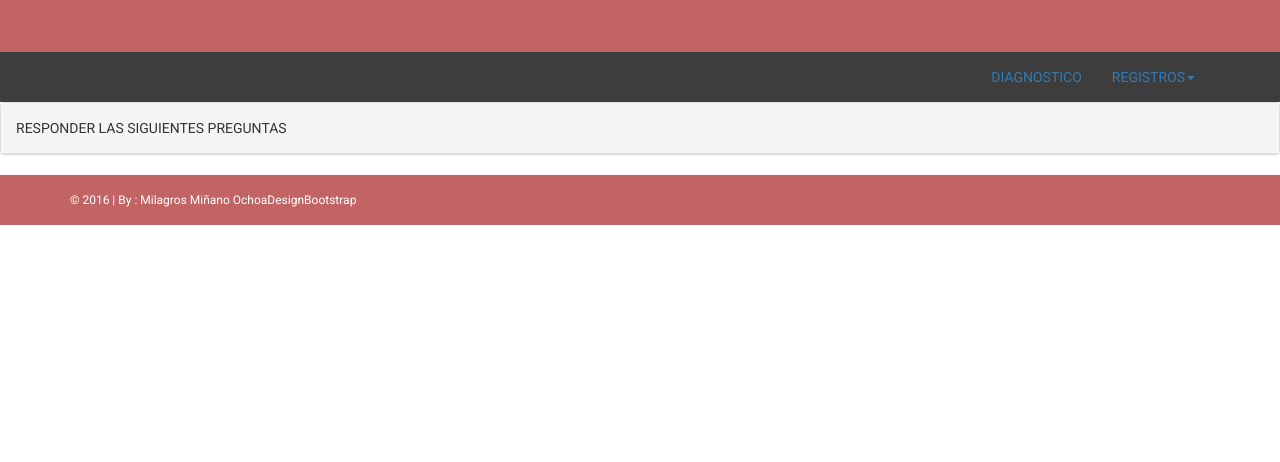
Repository: Mili10/PROYECTOII
Page: http://localhost/Capa_Presentación/frmRegistroSintoma.jsp
An editor plug-in stored every save of this project. The page is shown before and after the next save, followed by the edit.
The browser window is 1280 px wide. The pictures show the whole page.
The page is served by Tomcat 9.

Above is the page before, as saved 2016-05-16 04:45:10.

After the next save:
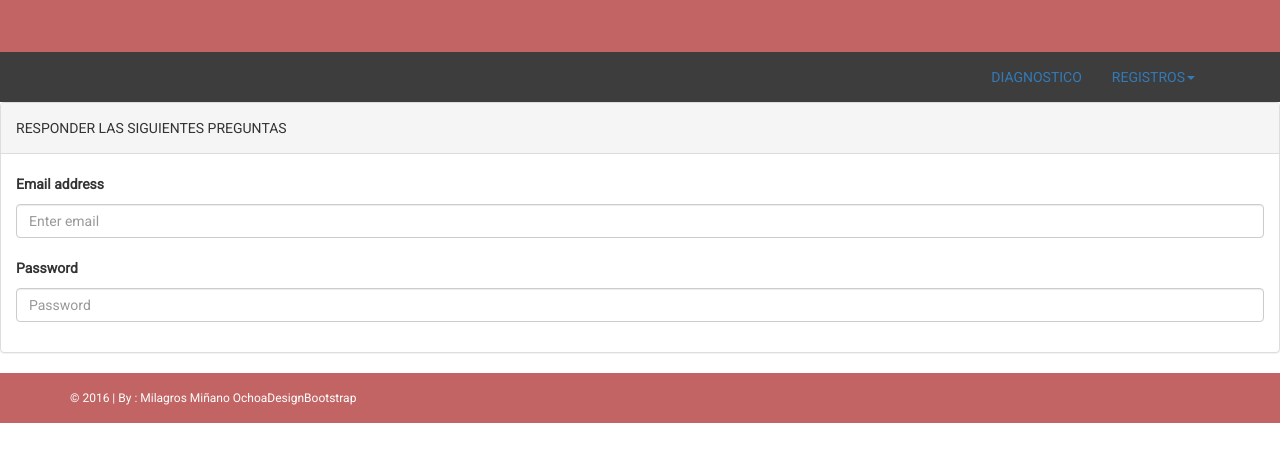
Saved 18 min 16 s later.
--- a/sistema_experto_web/Capa_Presentación/WebContent/frmRegistroSintoma.jsp
+++ b/sistema_experto_web/Capa_Presentación/WebContent/frmRegistroSintoma.jsp
@@ -15,8 +15,19 @@
              <div class="panel-heading">
                RESPONDER LAS SIGUIENTES PREGUNTAS
              </div>
-
-    	</div>
+             <div class="panel-body">
+				  <form>
+				  <div class="form-group">
+				    <label for="exampleInputEmail1">Email address</label>
+				    <input type="email" class="form-control" id="exampleInputEmail1" placeholder="Enter email">
+				  </div>
+				  <div class="form-group">
+				    <label for="exampleInputPassword1">Password</label>
+				    <input type="password" class="form-control" id="exampleInputPassword1" placeholder="Password">
+				  </div>
+				</form>
+				</div>
+         </div>
 	<jsp:include page="includes/masterFooter.jsp"></jsp:include>
 
 	<script src="Plantilla/js/jquery-1.11.1.js"></script>
